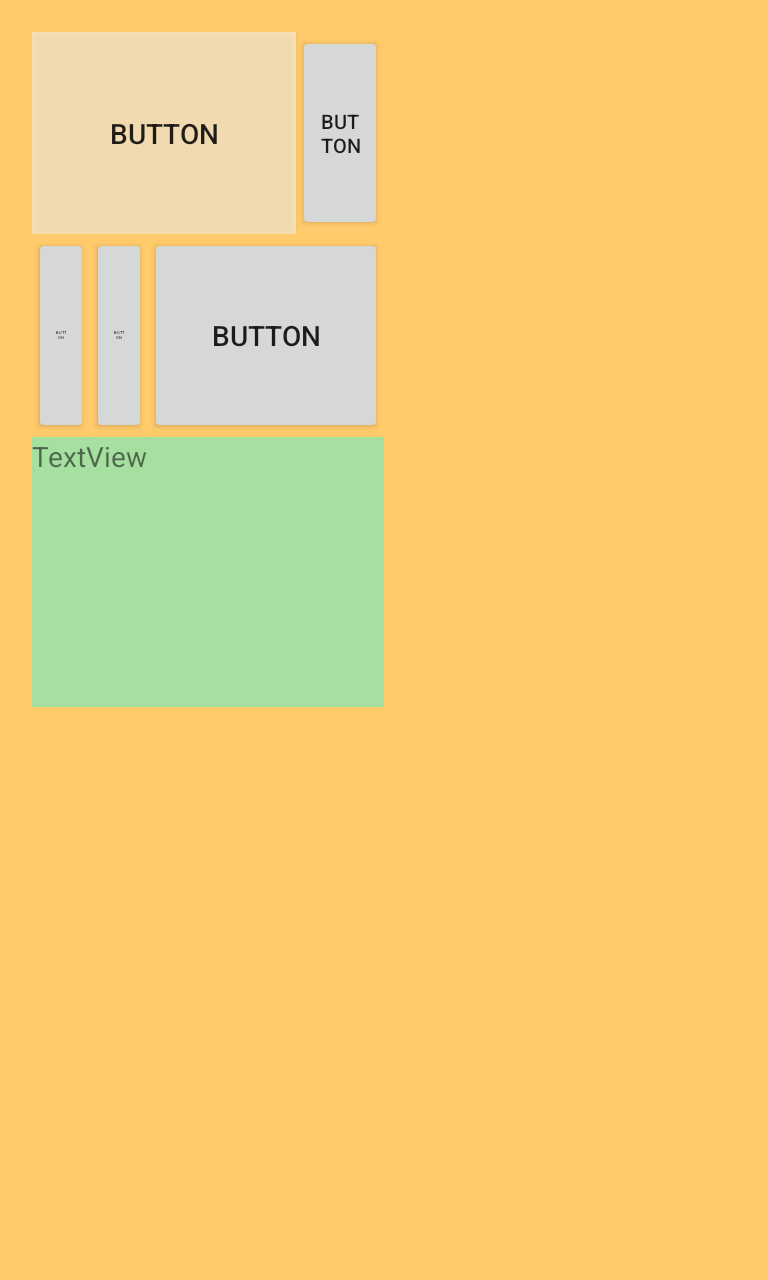
Repository: HarithaAmmuHari/Project
Layout: Senthil1/res/layout/activity_main.xml
These files come from the project's save history. The layout is drawn as it stood at one moment and after the next save; the edit follows.
It is drawn on a 768 x 1280 px phone screen (xhdpi) without system bars, with theme AppTheme; the app's code is not run.

Above is the layout before, as saved 2015-01-19 10:24:07.

After the next save:
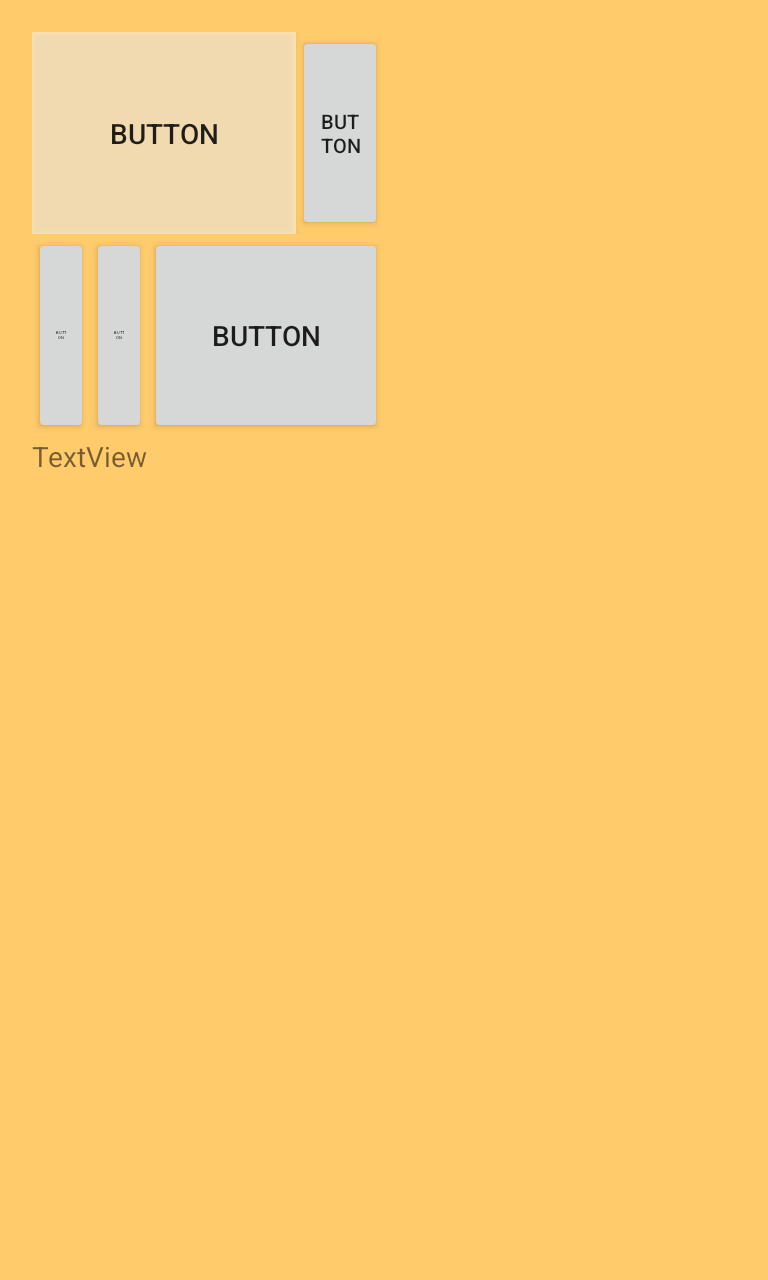
Saved 26 s later.
--- a/Senthil1/res/layout/activity_main.xml
+++ b/Senthil1/res/layout/activity_main.xml
@@ -95,7 +95,7 @@
                 android:id="@+id/textView1"
                 android:layout_width="match_parent"
                 android:layout_height="match_parent"
-                android:background="#651EFFF3"
+                android:background="FFC1E4#45"
                 android:text="TextView" />
 
         </LinearLayout>
